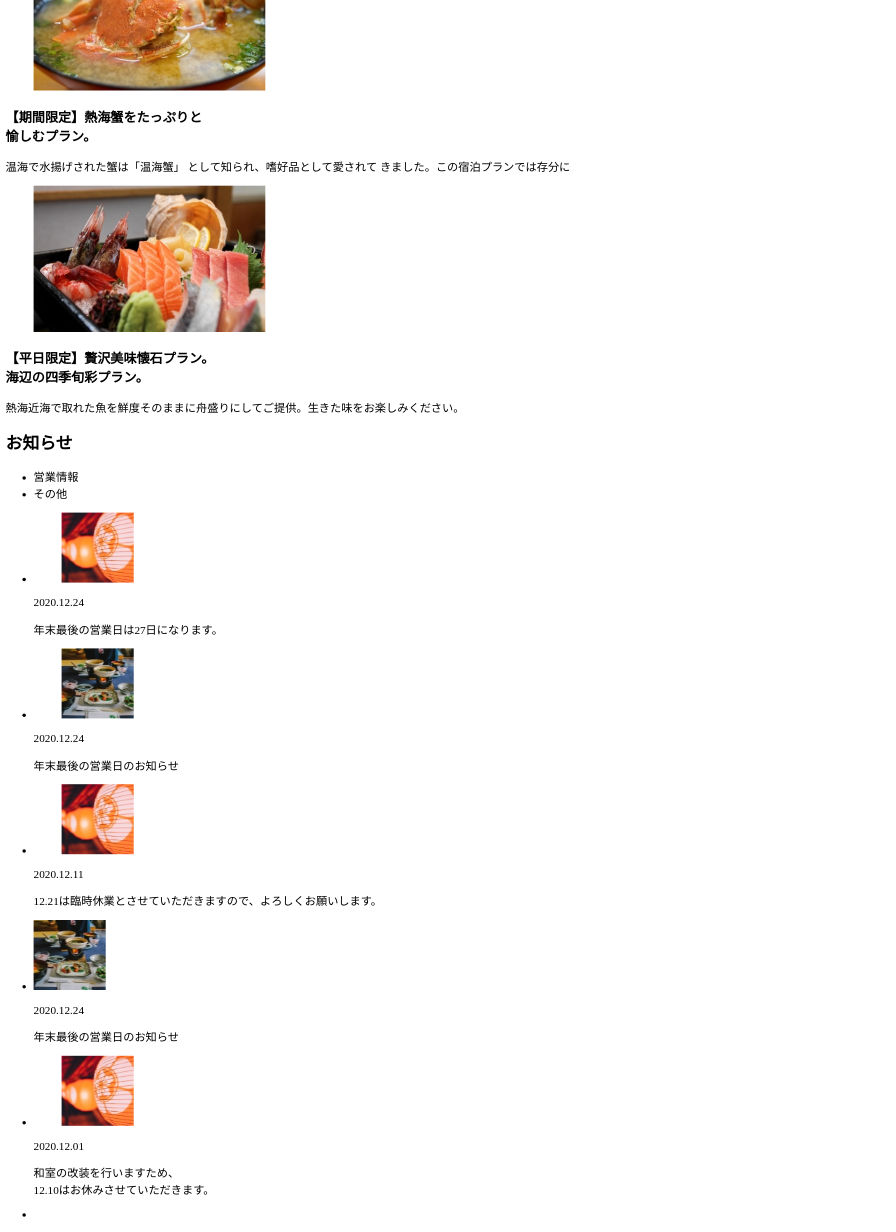
Repository: yuukiyokoyama/compex1
Page: index.html
These files come from the project's save history. The page is drawn as it stood at one moment and after the next save; the edit follows.
The browser window is 1280 px wide. The pictures show the part of the page from y = 3836 to 5756 px (the page is 5596 px tall before and 5756 px after), at 70% of full size.

Above is the page before, as saved 2021-09-17 23:42:03.

After the next save:
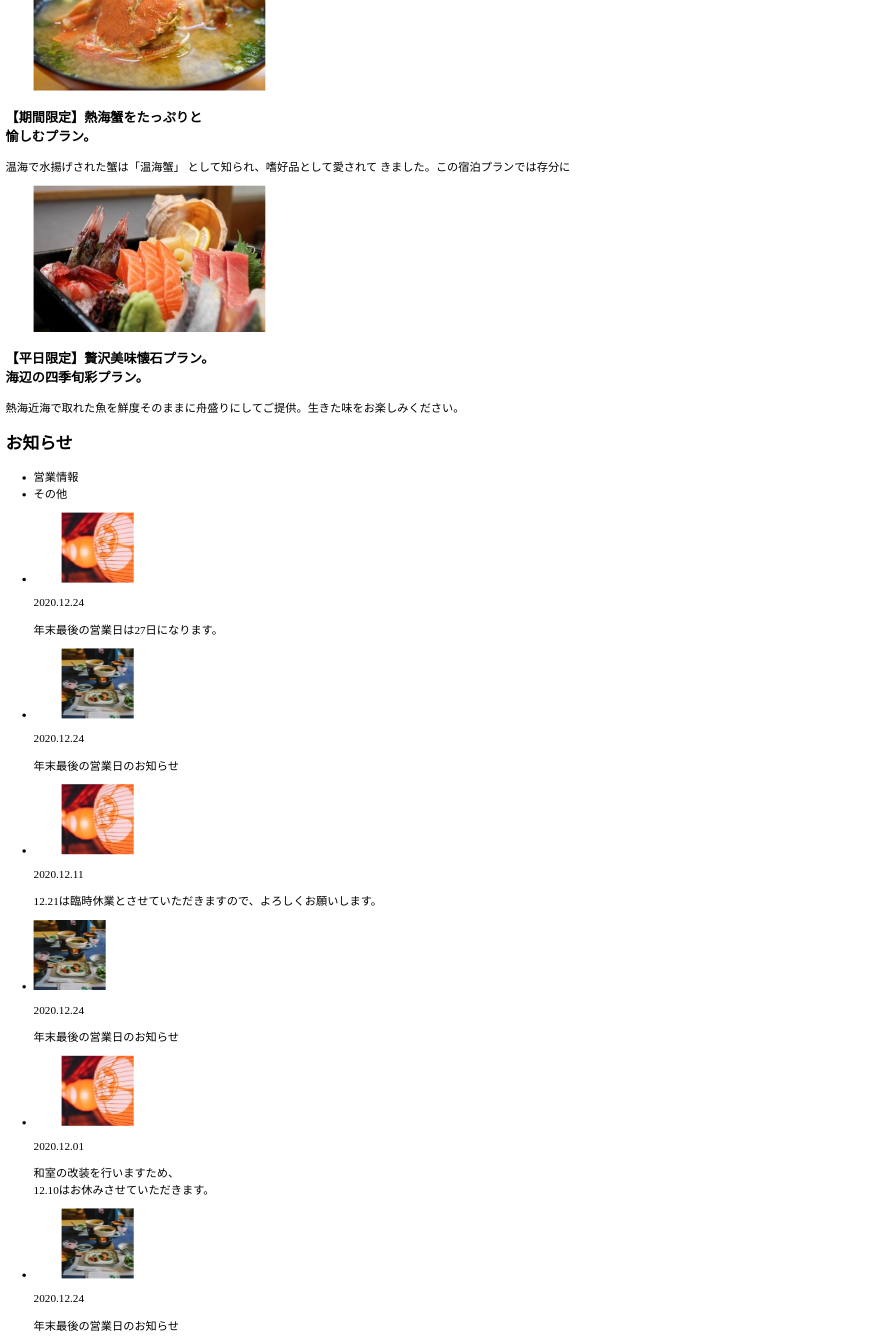
Saved 2 min 47 s later.
--- a/index.html
+++ b/index.html
@@ -399,7 +399,15 @@
                   </div>
                   <!-- news__list-item-wrapper -->
                 </li>
-                <li class="news__list-item"></li>
+                <li class="news__list-item">
+                  <div class="news__list-item-wrapper">
+                    <figure class="item__img-wrapper">
+                      <img src="images/news02.jpg" alt="ニュース" />
+                    </figure>
+                    <p class="news__date">2020.12.24</p>
+                    <p class="news__text">年末最後の営業日のお知らせ</p>
+                  </div>
+                </li>
               </ul>
             </div>
           </div>
